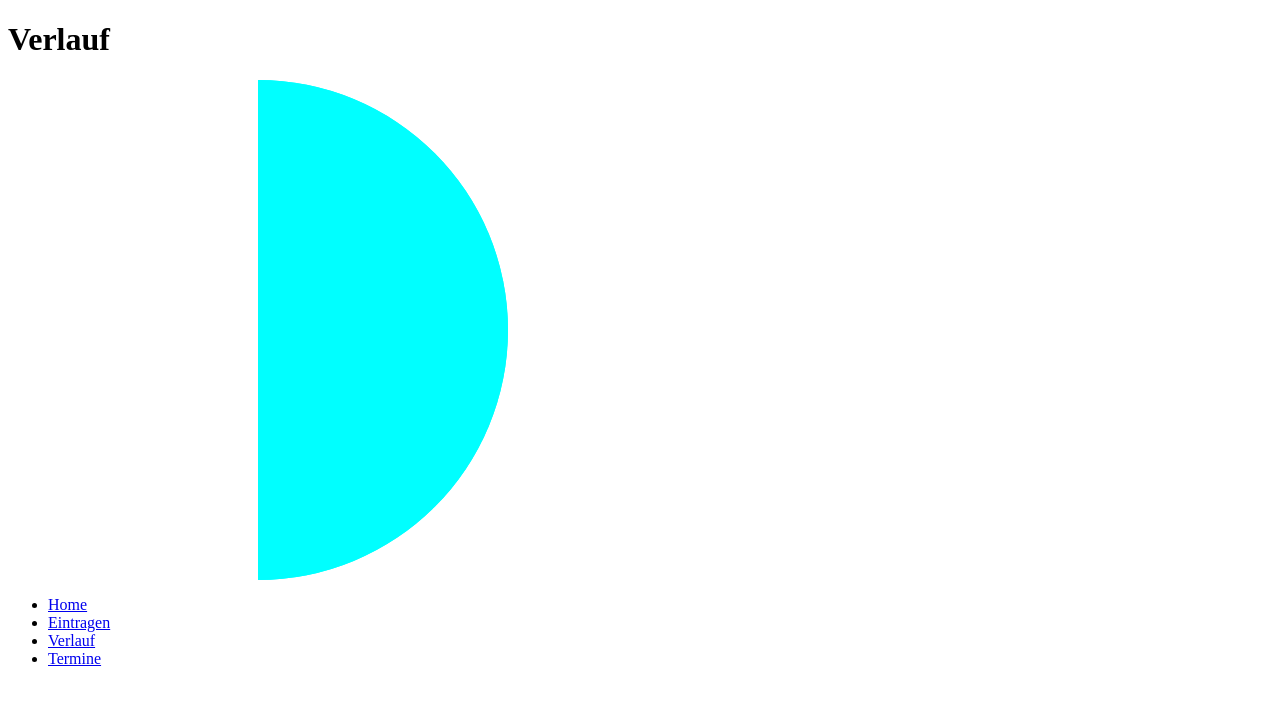
Repository: jakemoes/Pet-Tracker
Page: PWA/trend.html
The author's editor kept a copy of each file at every save. The page is drawn from the files as they stood at one save, then again after the next save.
The browser window is 1280 px wide. The pictures show the whole page.

Above is the page before, as saved 2024-12-05 01:07:57.

After the next save:
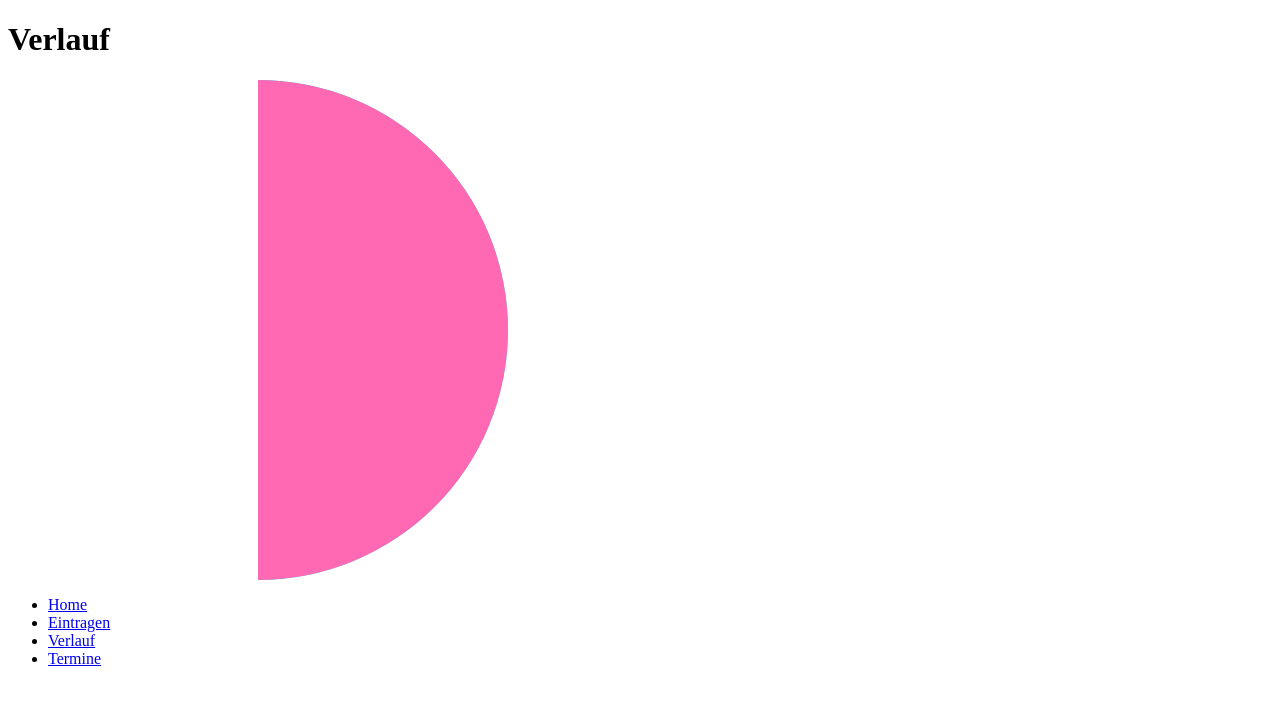
Saved 9 s later.
--- a/PWA/trend.css
+++ b/PWA/trend.css
@@ -40,7 +40,7 @@
  }
 
  .layer:nth-child(2) {
-    background-color: aqua;
+    background-color: hotpink;
     transform: translateX(250px) rotate(0deg);
  }
 
